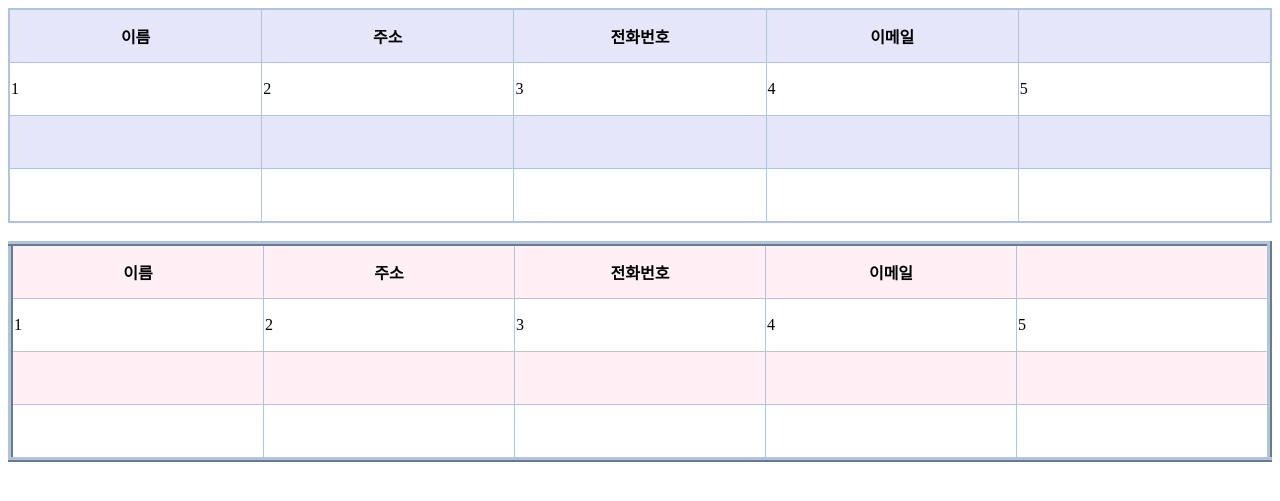
Repository: choidazzi/DDIT
Page: web programming/html/webpro/src/main/webapp/0426/의사클래스_구조2.html
The author's editor kept a copy of each file at every save. The page is drawn from the files as they stood at one save, then again after the next save.
The browser window is 1280 px wide. The pictures show the whole page.

Above is the page before, as saved 2023-04-26 01:50:09.

### web programming/html/webpro/src/main/webapp/0426/의사클래스_구조2.html
<!DOCTYPE html>
<html>
<head>
<meta charset="UTF-8">
<title>의사클래스_구조2</title>
<style>
table {
	border-collapse: collapse;
	border: 2px solid Lightsteelblue	;
}

td{
	width: 250px;
	height: 50px;
}

th {
	height: 50px;
}

tr:nth-child(2n-1){
	background: Lavender;
}

#tab2{
	border: 5px inset lightsteelblue;
}
#tab2 tr:nth-child(2n-1){
	background: Lavenderblush;
}
</style>
</head>
<body>
	<table border="1" id="tab1">
		<tr>
			<th>이름</th>
			<th>주소</th>
			<th>전화번호</th>
			<th>이메일</th>
			<th></th>
		</tr>

		<tr>
			<td>1</td>
			<td>2</td>
			<td>3</td>
			<td>4</td>
			<td>5</td>
		</tr>

		<tr>
			<td></td>
			<td></td>
			<td></td>
			<td></td>
			<td></td>
		</tr>

		<tr>
			<td></td>
			<td></td>
			<td></td>
			<td></td>
			<td></td>
		</tr>
	</table>

	<br>
	<table border="1" id="tab2">
		<tr>
			<th>이름</th>
			<th>주소</th>
			<th>전화번호</th>
			<th>이메일</th>
			<th></th>
		</tr>

		<tr>
			<td>1</td>
			<td>2</td>
			<td>3</td>
			<td>4</td>
			<td>5</td>
		</tr>

		<tr>
			<td></td>
			<td></td>
			<td></td>
			<td></td>
			<td></td>
		</tr>

		<tr>
			<td></td>
			<td></td>
			<td></td>
			<td></td>
			<td></td>
		</tr>
	</table>
</body>
</html>

After the next save:
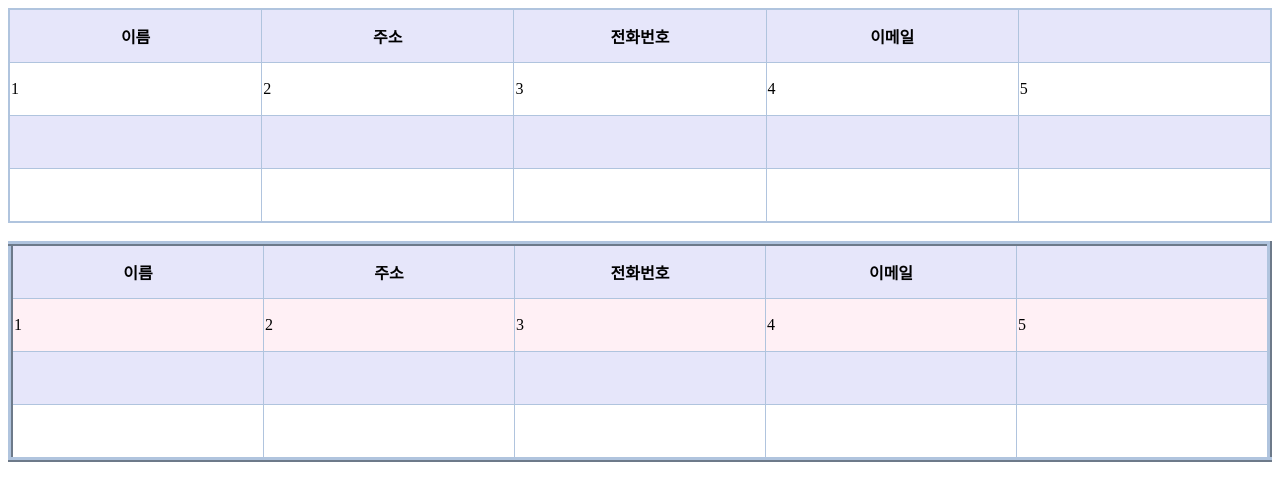
Saved 10 s later.
--- a/web programming/html/webpro/src/main/webapp/0426/의사클래스_구조2.html
+++ b/web programming/html/webpro/src/main/webapp/0426/의사클래스_구조2.html
@@ -25,7 +25,7 @@ tr:nth-child(2n-1){
 #tab2{
 	border: 5px inset lightsteelblue;
 }
-#tab2 tr:nth-child(2n-1){
+#tab2 tr:nth-child(2){
 	background: Lavenderblush;
 }
 </style>
